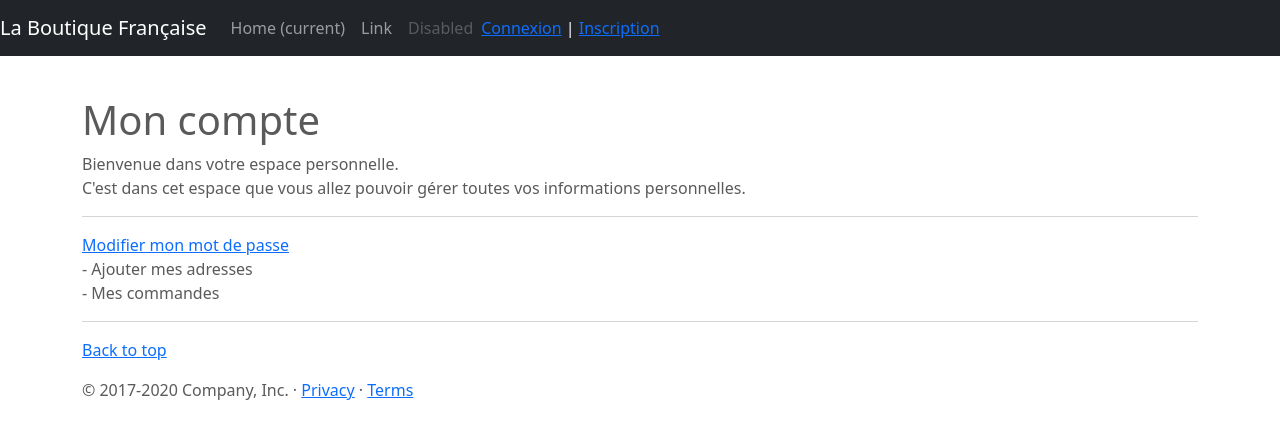
Repository: Coulibaly00180/laboutiquefrancaise
Page: templates/account/index.html.twig
These files come from the project's save history. The page is drawn as it stood at one moment and after the next save; the edit follows.
The browser window is 1280 px wide. The pictures show the whole page.
The page is a Twig template of a Symfony application; nobody is signed in and links lead nowhere. The template is opened directly, without the code that normally fills it, so the values that code supplies are empty.

Above is the page before, as saved 2023-03-03 12:56:48.

### templates/account/index.html.twig
{% extends 'base.html.twig' %}

{% block title %}Mon compte - La Boutique Française{% endblock %}

{% block content %}
    <h1>Mon compte</h1>
    Bienvenue {{ app.user.firstName}} dans votre espace personnelle. <br>
    C'est dans cet espace que vous allez pouvoir gérer toutes vos informations personnelles.<br>
    <hr>
    <a href="{{ path('app_account_password') }}">Modifier mon mot de passe</a> <br>
    -   Ajouter mes adresses<br>
    -   Mes commandes<br>
    <hr>
{% endblock %}

### templates/base.html.twig
<!doctype html>
<html lang="fr">
<head>
    <meta charset="utf-8">
    <meta name="viewport" content="width=device-width, initial-scale=1, shrink-to-fit=no">
    <meta name="description" content="">
    <meta name="author" content="Coulibaly Abdoulaye Christian">
    <meta name="generator" content="Jekyll v4.1.1">
    <title>{% block title %}La Boutique Française - 100% Made in French{% endblock %}</title>

    <!-- Bootstrap core CSS -->
    <link href="{{ asset('assets/css/bootstrap.min.css') }}" rel="stylesheet">
    <link href="{{ asset('assets/css/style.css') }}" rel="stylesheet">

    <style>
        .bd-placeholder-img {
            font-size: 1.125rem;
            text-anchor: middle;
            -webkit-user-select: none;
            -moz-user-select: none;
            -ms-user-select: none;
            user-select: none;
        }

        @media (min-width: 768px) {
            .bd-placeholder-img-lg {
                font-size: 3.5rem;
            }
        }
    </style>
    <!-- Custom styles for this template -->
    <link href="{{ asset('assets/css/carousel.css') }}" rel="stylesheet">
</head>
<body>
    <header>
        <nav class="navbar navbar-expand-md navbar-dark fixed-top bg-dark">
            <a class="navbar-brand" href="#">La Boutique Française</a>
            <button class="navbar-toggler" type="button" data-toggle="collapse" data-target="#navbarCollapse" aria-controls="navbarCollapse" aria-expanded="false" aria-label="Toggle navigation">
                <span class="navbar-toggler-icon"></span>
            </button>
            <div class="collapse navbar-collapse" id="navbarCollapse">
                <ul class="navbar-nav mr-auto">
                    <li class="nav-item active">
                        <a class="nav-link" href="#">Home <span class="sr-only">(current)</span></a>
                    </li>
                    <li class="nav-item">
                        <a class="nav-link" href="#">Link</a>
                    </li>
                    <li class="nav-item">
                        <a class="nav-link disabled" href="#" tabindex="-1" aria-disabled="true">Disabled</a>
                    </li>
                </ul>

                <div class="navbar-item-custom">
                    {% if app.user %}
                        <a href=" {{path('app_account') }}">Mon compte</a> | <a href=" {{ path('app_logout') }}">Déconnexion</a>
                    {% else %}
                        <a href=" {{ path('app_login') }}">Connexion</a> | <a href="{{ path('app_register') }}">Inscription</a>
                    {% endif %}
                </div>

            </div>
        </nav>
    </header>

    <main role="main">

        {% if block('carousel') is defined %}

        <div id="myCarousel" class="carousel slide" data-ride="carousel">
            <ol class="carousel-indicators">
                <li data-target="#myCarousel" data-slide-to="0" class="active"></li>
                <li data-target="#myCarousel" data-slide-to="1"></li>
                <li data-target="#myCarousel" data-slide-to="2"></li>
            </ol>
            <div class="carousel-inner">
                <div class="carousel-item active">
                    <svg class="bd-placeholder-img" width="100%" height="100%" xmlns="http://www.w3.org/2000/svg" preserveAspectRatio="xMidYMid slice" focusable="false" role="img"><rect width="100%" height="100%" fill="#777"/></svg>
                    <div class="container">
                        <div class="carousel-caption text-left">
                            <h1>Example headline.</h1>
                            <p>Cras justo odio, dapibus ac facilisis in, egestas eget quam. Donec id elit non mi porta gravida at eget metus. Nullam id dolor id nibh ultricies vehicula ut id elit.</p>
                            <p><a class="btn btn-lg btn-primary" href="#" role="button">Sign up today</a></p>
                        </div>
                    </div>
                </div>
                <div class="carousel-item">
                    <svg class="bd-placeholder-img" width="100%" height="100%" xmlns="http://www.w3.org/2000/svg" preserveAspectRatio="xMidYMid slice" focusable="false" role="img"><rect width="100%" height="100%" fill="#777"/></svg>
                    <div class="container">
                        <div class="carousel-caption">
                            <h1>Another example headline.</h1>
                            <p>Cras justo odio, dapibus ac facilisis in, egestas eget quam. Donec id elit non mi porta gravida at eget metus. Nullam id dolor id nibh ultricies vehicula ut id elit.</p>
                            <p><a class="btn btn-lg btn-primary" href="#" role="button">Learn more</a></p>
                        </div>
                    </div>
                </div>
                <div class="carousel-item">
                    <svg class="bd-placeholder-img" width="100%" height="100%" xmlns="http://www.w3.org/2000/svg" preserveAspectRatio="xMidYMid slice" focusable="false" role="img"><rect width="100%" height="100%" fill="#777"/></svg>
                    <div class="container">
                        <div class="carousel-caption text-right">
                            <h1>One more for good measure.</h1>
                            <p>Cras justo odio, dapibus ac facilisis in, egestas eget quam. Donec id elit non mi porta gravida at eget metus. Nullam id dolor id nibh ultricies vehicula ut id elit.</p>
                            <p><a class="btn btn-lg btn-primary" href="#" role="button">Browse gallery</a></p>
                        </div>
                    </div>
                </div>
            </div>
            <a class="carousel-control-prev" href="#myCarousel" role="button" data-slide="prev">
                <span class="carousel-control-prev-icon" aria-hidden="true"></span>
                <span class="sr-only">Previous</span>
            </a>
            <a class="carousel-control-next" href="#myCarousel" role="button" data-slide="next">
                <span class="carousel-control-next-icon" aria-hidden="true"></span>
                <span class="sr-only">Next</span>
            </a>
        </div>

        {% endif %}


        <!-- Marketing messaging and featurettes
        ================================================== -->
        <!-- Wrap the rest of the page in another container to center all the content. -->

        <div class="container marketing {% if block('carousel') is not defined %} mt-5 {% endif %}">

            {% block content %}

            {% endblock %}

        </div><!-- /.container -->

        <!-- FOOTER -->
        <footer class="container">
            <p class="float-right"><a href="#">Back to top</a></p>
            <p>&copy; 2017-2020 Company, Inc. &middot; <a href="#">Privacy</a> &middot; <a href="#">Terms</a></p>
        </footer>
    </main>
    <script src="https://code.jquery.com/jquery-3.5.1.slim.min.js"></script>
    <script src="{{ asset('assets/js/bootstrap.bundle.js') }}"></script>
</body>
</html>

### public/assets/css/style.css
.navbar-item-custom{
    color: #fff;
}

### public/assets/css/carousel.css
/* GLOBAL STYLES
-------------------------------------------------- */
/* Padding below the footer and lighter body text */

body {
    padding-top: 3rem;
    padding-bottom: 3rem;
    color: #5a5a5a;
}


/* CUSTOMIZE THE CAROUSEL
-------------------------------------------------- */

/* Carousel base class */
.carousel {
    margin-bottom: 4rem;
}
/* Since positioning the image, we need to help out the caption */
.carousel-caption {
    bottom: 3rem;
    z-index: 10;
}

/* Declare heights because of positioning of img element */
.carousel-item {
    height: 32rem;
}
.carousel-item > img {
    position: absolute;
    top: 0;
    left: 0;
    min-width: 100%;
    height: 32rem;
}


/* MARKETING CONTENT
-------------------------------------------------- */

/* Center align the text within the three columns below the carousel */
.marketing .col-lg-4 {
    margin-bottom: 1.5rem;
    text-align: center;
}
.marketing h2 {
    font-weight: 400;
}
.marketing .col-lg-4 p {
    margin-right: .75rem;
    margin-left: .75rem;
}


/* Featurettes
------------------------- */

.featurette-divider {
    margin: 5rem 0; /* Space out the Bootstrap <hr> more */
}

/* Thin out the marketing headings */
.featurette-heading {
    font-weight: 300;
    line-height: 1;
    letter-spacing: -.05rem;
}


/* RESPONSIVE CSS
-------------------------------------------------- */

@media (min-width: 40em) {
    /* Bump up size of carousel content */
    .carousel-caption p {
        margin-bottom: 1.25rem;
        font-size: 1.25rem;
        line-height: 1.4;
    }

    .featurette-heading {
        font-size: 50px;
    }
}

@media (min-width: 62em) {
    .featurette-heading {
        margin-top: 7rem;
    }
}

Loaded but not shown: public/assets/css/bootstrap.min.css (library); public/assets/js/bootstrap.bundle.js (library)

After the next save:
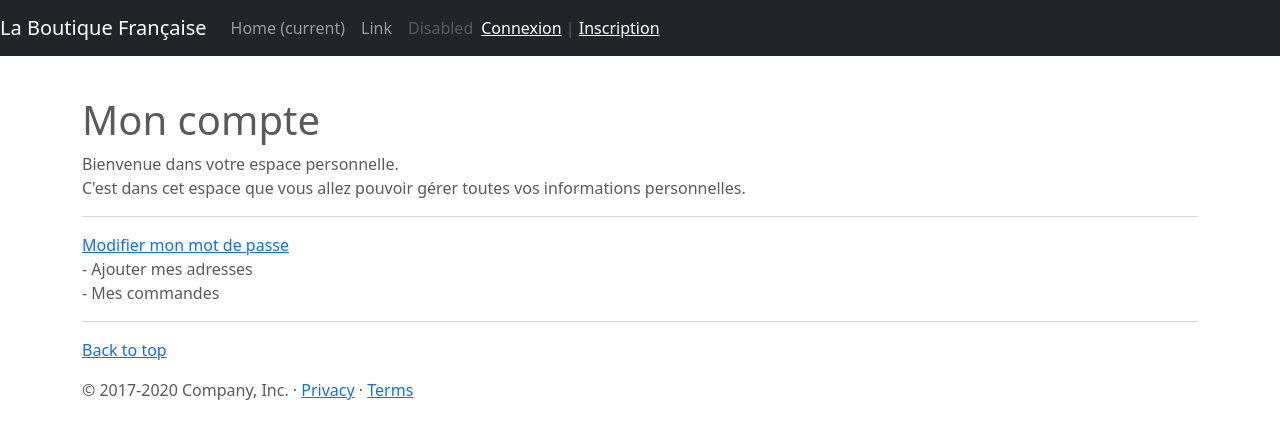
Saved 94 s later.
--- a/public/assets/css/style.css
+++ b/public/assets/css/style.css
@@ -1,3 +1,3 @@
-.navbar-item-custom{
+.navbar-item-custom a{
     color: #fff;
 }
